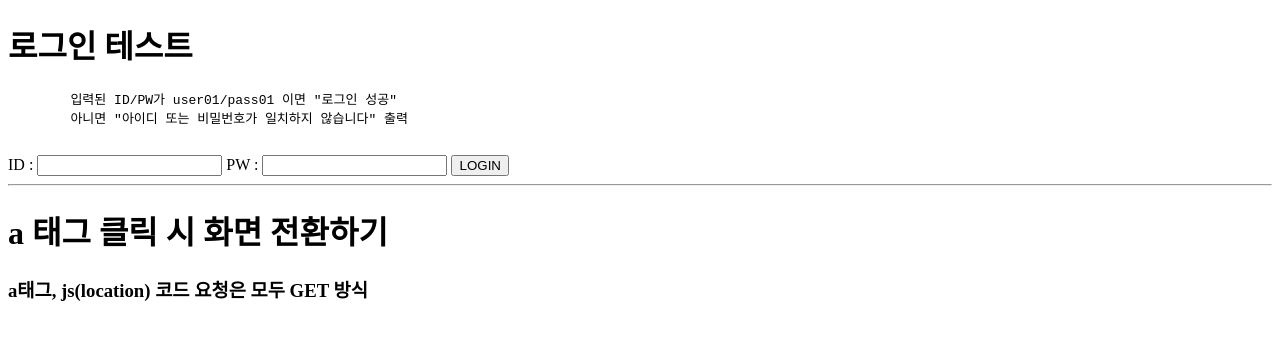
Repository: seungjoo1217/05_Server
Page: JSPProject1/src/main/webapp/index.html
An editor plug-in stored every save of this project. The page is shown before and after a run of saves, followed by the edit.
The browser window is 1280 px wide. The pictures show the whole page.

Above is the page before, as saved 2024-03-22 01:25:22.

After the next 2 saves:
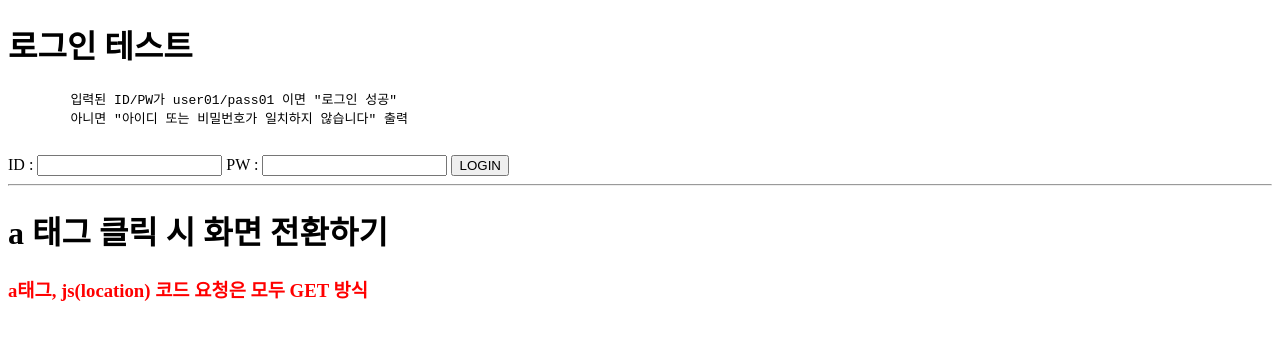
The 2 saves are shown as one change because they came seconds apart.
The last was saved 7 s later.
--- a/JSPProject1/src/main/webapp/index.html
+++ b/JSPProject1/src/main/webapp/index.html
@@ -23,7 +23,7 @@
 
     <h1>a 태그 클릭 시 화면 전환하기</h1>
 
-    <h3 style="color">a태그, js(location) 코드 요청은 모두 GET 방식</h3>
+    <h3 style="color : red;">a태그, js(location) 코드 요청은 모두 GET 방식</h3>
 
 
 
